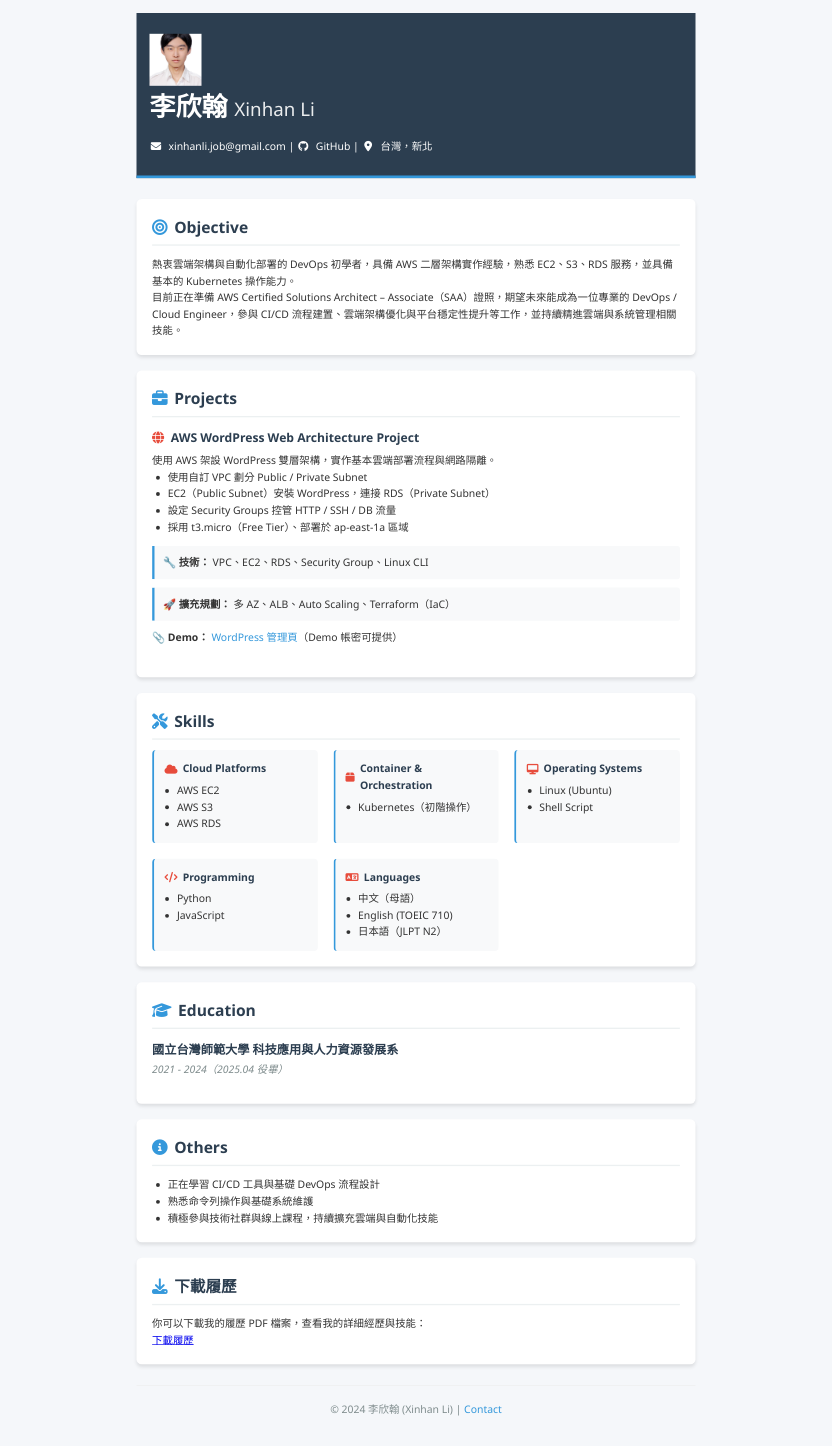
Repository: Graylee0128/aws-tf-ga-personal-website
Page: test.html
These files come from the project's save history. The page is drawn as it stood at one moment and after the next save; the edit follows.
The browser window is 1280 px wide. The pictures show the whole page, at 65% of full size.

Above is the page before, as saved 2025-04-22 11:27:03.

### test.html
<!DOCTYPE html>
<html lang="zh-TW">
<head>
    <meta charset="UTF-8">
    <meta name="viewport" content="width=device-width, initial-scale=1.0">
    <title>李欣翰 (Xinhan Li) | DevOps & Cloud Engineer</title>
    <link rel="stylesheet" href="/styles/styles.css">
    <link rel="stylesheet" href="https://cdnjs.cloudflare.com/ajax/libs/font-awesome/6.4.0/css/all.min.css">
</head>
<body>
    <div class="container">
        <header>
            <div class="header-content">
                <div class="avatar-container" style="width:80px; height:80px;">
                    <img src="/images/head.JPG" alt="大頭" style="width:100%; height:100%; object-fit:cover;">
                </div>
                <h1>李欣翰 <span class="en-name">Xinhan Li</span></h1>
                <div class="contact-info">
                    <p><i class="fas fa-envelope"></i> <a href="mailto:xinhanli.job@gmail.com">xinhanli.job@gmail.com</a> |
                    <i class="fab fa-github"></i> <a href="https://github.com/yourusername" target="_blank">GitHub</a> |
                    <i class="fas fa-map-marker-alt"></i> 台灣，新北</p>
                </div>
            </div>
        </header>

        <main>
            <section class="card">
                <h2><i class="fas fa-bullseye"></i> Objective</h2>
                <p>熱衷雲端架構與自動化部署的 DevOps 初學者，具備 AWS 二層架構實作經驗，熟悉 EC2、S3、RDS 服務，並具備基本的 Kubernetes 操作能力。</p>
                <p>目前正在準備 AWS Certified Solutions Architect – Associate（SAA）證照，期望未來能成為一位專業的 DevOps / Cloud Engineer，參與 CI/CD 流程建置、雲端架構優化與平台穩定性提升等工作，並持續精進雲端與系統管理相關技能。</p>
            </section>

            <section class="card">
                <h2><i class="fas fa-briefcase"></i> Projects</h2>

                <div class="project">
                    <h3><i class="fas fa-globe"></i> AWS WordPress Web Architecture Project</h3>
                    <p>使用 AWS 架設 WordPress 雙層架構，實作基本雲端部署流程與網路隔離。</p>
                    <ul>
                        <li>使用自訂 VPC 劃分 Public / Private Subnet</li>
                        <li>EC2（Public Subnet）安裝 WordPress，連接 RDS（Private Subnet）</li>
                        <li>設定 Security Groups 控管 HTTP / SSH / DB 流量</li>
                        <li>採用 t3.micro（Free Tier）、部署於 ap-east-1a 區域</li>
                    </ul>
                    <div class="tech-box">
                        <strong>🔧 技術：</strong> VPC、EC2、RDS、Security Group、Linux CLI
                    </div>
                    <div class="tech-box">
                        <strong>🚀 擴充規劃：</strong> 多 AZ、ALB、Auto Scaling、Terraform（IaC）
                    </div>
                    <div class="demo-link">
                        <strong>📎 Demo：</strong> <a href="http://18.162.194.92/wp-admin/" target="_blank">WordPress 管理頁</a>（Demo 帳密可提供）
                    </div>
                </div>
            </section>

            <section class="card">
                <h2><i class="fas fa-tools"></i> Skills</h2>
                <div class="skills-container">
                    <div class="skill-category">
                        <h4><i class="fas fa-cloud"></i> Cloud Platforms</h4>
                        <ul>
                            <li>AWS EC2</li>
                            <li>AWS S3</li>
                            <li>AWS RDS</li>
                        </ul>
                    </div>
                    <div class="skill-category">
                        <h4><i class="fas fa-box"></i> Container & Orchestration</h4>
                        <ul>
                            <li>Kubernetes（初階操作）</li>
                        </ul>
                    </div>
                    <div class="skill-category">
                        <h4><i class="fas fa-desktop"></i> Operating Systems</h4>
                        <ul>
                            <li>Linux (Ubuntu)</li>
                            <li>Shell Script</li>
                        </ul>
                    </div>
                    <div class="skill-category">
                        <h4><i class="fas fa-code"></i> Programming</h4>
                        <ul>
                            <li>Python</li>
                            <li>JavaScript</li>
                        </ul>
                    </div>
                    <div class="skill-category">
                        <h4><i class="fas fa-language"></i> Languages</h4>
                        <ul>
                            <li>中文（母語）</li>
                            <li>English (TOEIC 710)</li>
                            <li>日本語（JLPT N2）</li>
                        </ul>
                    </div>
                </div>
            </section>

            <section class="card">
                <h2><i class="fas fa-graduation-cap"></i> Education</h2>
                <div class="education-item">
                    <h3>國立台灣師範大學 科技應用與人力資源發展系</h3>
                    <p class="date">2021 - 2024（2025.04 役畢）</p>
                </div>
            </section>

            <section class="card">
                <h2><i class="fas fa-info-circle"></i> Others</h2>
                <ul class="others-list">
                    <li>正在學習 CI/CD 工具與基礎 DevOps 流程設計</li>
                    <li>熟悉命令列操作與基礎系統維護</li>
                    <li>積極參與技術社群與線上課程，持續擴充雲端與自動化技能</li>
                </ul>
            </section>

            <!-- 下載履歷區塊 -->
            <section class="card">
                <h2><i class="fas fa-download"></i> 下載履歷</h2>
                <p>你可以下載我的履歷 PDF 檔案，查看我的詳細經歷與技能：</p>
                <a href="/files/resume.pdf" download class="download-btn">下載履歷</a>
            </section>

        </main>

        <footer>
            <p>© 2024 李欣翰 (Xinhan Li) | <a href="mailto:xinhanli.job@gmail.com">Contact</a></p>
        </footer>
    </div>
</body>
</html>

### styles/styles.css
/* Base Styles */
:root {
    --primary-color: #3498db;
    --secondary-color: #2c3e50;
    --accent-color: #e74c3c;
    --light-color: #ecf0f1;
    --dark-color: #2c3e50;
    --text-color: #333;
    --text-light: #7f8c8d;
    --card-shadow: 0 4px 6px rgba(0, 0, 0, 0.1);
    --transition: all 0.3s ease;
}

* {
    margin: 0;
    padding: 0;
    box-sizing: border-box;
}

body {
    font-family: 'Segoe UI', Tahoma, Geneva, Verdana, sans-serif;
    line-height: 1.6;
    color: var(--text-color);
    background-color: #f5f7fa;
    padding: 0;
    margin: 0;
}

.container {
    max-width: 900px;
    margin: 0 auto;
    padding: 20px;
}

/* Header Styles */
header {
    background-color: var(--secondary-color);
    color: white;
    padding: 2rem 0;
    margin-bottom: 2rem;
    border-bottom: 4px solid var(--primary-color);
}

.header-content {
    max-width: 900px;
    margin: 0 auto;
    padding: 0 20px;
}

h1 {
    font-size: 2.5rem;
    margin-bottom: 0.5rem;
}

.en-name {
    font-weight: normal;
    font-size: 1.8rem;
    opacity: 0.9;
}

.contact-info {
    margin-top: 1rem;
}

.contact-info a {
    color: white;
    text-decoration: none;
    transition: var(--transition);
}

.contact-info a:hover {
    color: var(--primary-color);
}

.contact-info i {
    margin-right: 5px;
    width: 20px;
    text-align: center;
}

/* Card Styles */
.card {
    background: white;
    border-radius: 8px;
    padding: 1.5rem;
    margin-bottom: 1.5rem;
    box-shadow: var(--card-shadow);
    transition: var(--transition);
}

.card:hover {
    transform: translateY(-5px);
    box-shadow: 0 10px 20px rgba(0, 0, 0, 0.1);
}

.card h2 {
    color: var(--secondary-color);
    margin-bottom: 1rem;
    padding-bottom: 0.5rem;
    border-bottom: 2px solid var(--light-color);
    display: flex;
    align-items: center;
}

.card h2 i {
    margin-right: 10px;
    color: var(--primary-color);
}

/* Project Styles */
.project {
    margin-bottom: 1.5rem;
}

.project h3 {
    color: var(--dark-color);
    margin-bottom: 0.5rem;
    display: flex;
    align-items: center;
}

.project h3 i {
    margin-right: 10px;
    color: var(--accent-color);
}

.project ul {
    margin-left: 1.5rem;
    margin-bottom: 1rem;
}

.tech-box {
    background-color: #f8f9fa;
    border-left: 4px solid var(--primary-color);
    padding: 0.8rem;
    margin: 0.8rem 0;
    border-radius: 0 4px 4px 0;
}

.demo-link {
    margin-top: 0.8rem;
}

.demo-link a {
    color: var(--primary-color);
    text-decoration: none;
    font-weight: 500;
}

.demo-link a:hover {
    text-decoration: underline;
}

/* Skills Styles */
.skills-container {
    display: grid;
    grid-template-columns: repeat(auto-fill, minmax(200px, 1fr));
    gap: 1.5rem;
    margin-top: 1rem;
}

.skill-category {
    background-color: #f8f9fa;
    padding: 1rem;
    border-radius: 6px;
    border-left: 3px solid var(--primary-color);
}

.skill-category h4 {
    color: var(--secondary-color);
    margin-bottom: 0.5rem;
    display: flex;
    align-items: center;
}

.skill-category h4 i {
    margin-right: 8px;
    color: var(--accent-color);
}

.skill-category ul {
    margin-left: 1.2rem;
}

/* Education Styles */
.education-item {
    margin-bottom: 1rem;
}

.education-item h3 {
    color: var(--dark-color);
    margin-bottom: 0.2rem;
}

.date {
    color: var(--text-light);
    font-style: italic;
}

/* Others Styles */
.others-list {
    margin-left: 1.5rem;
}

/* Footer Styles */
footer {
    text-align: center;
    padding: 1.5rem 0;
    margin-top: 2rem;
    color: var(--text-light);
    border-top: 1px solid #eee;
}

footer a {
    color: var(--primary-color);
    text-decoration: none;
}

footer a:hover {
    text-decoration: underline;
}

/* Responsive Design */
@media (max-width: 768px) {
    .skills-container {
        grid-template-columns: 1fr;
    }

    h1 {
        font-size: 2rem;
    }

    .en-name {
        font-size: 1.4rem;
    }

    .header-content, .container {
        padding: 0 15px;
    }
}

@media (max-width: 480px) {
    .contact-info p {
        font-size: 0.9rem;
    }
}

After the next save:
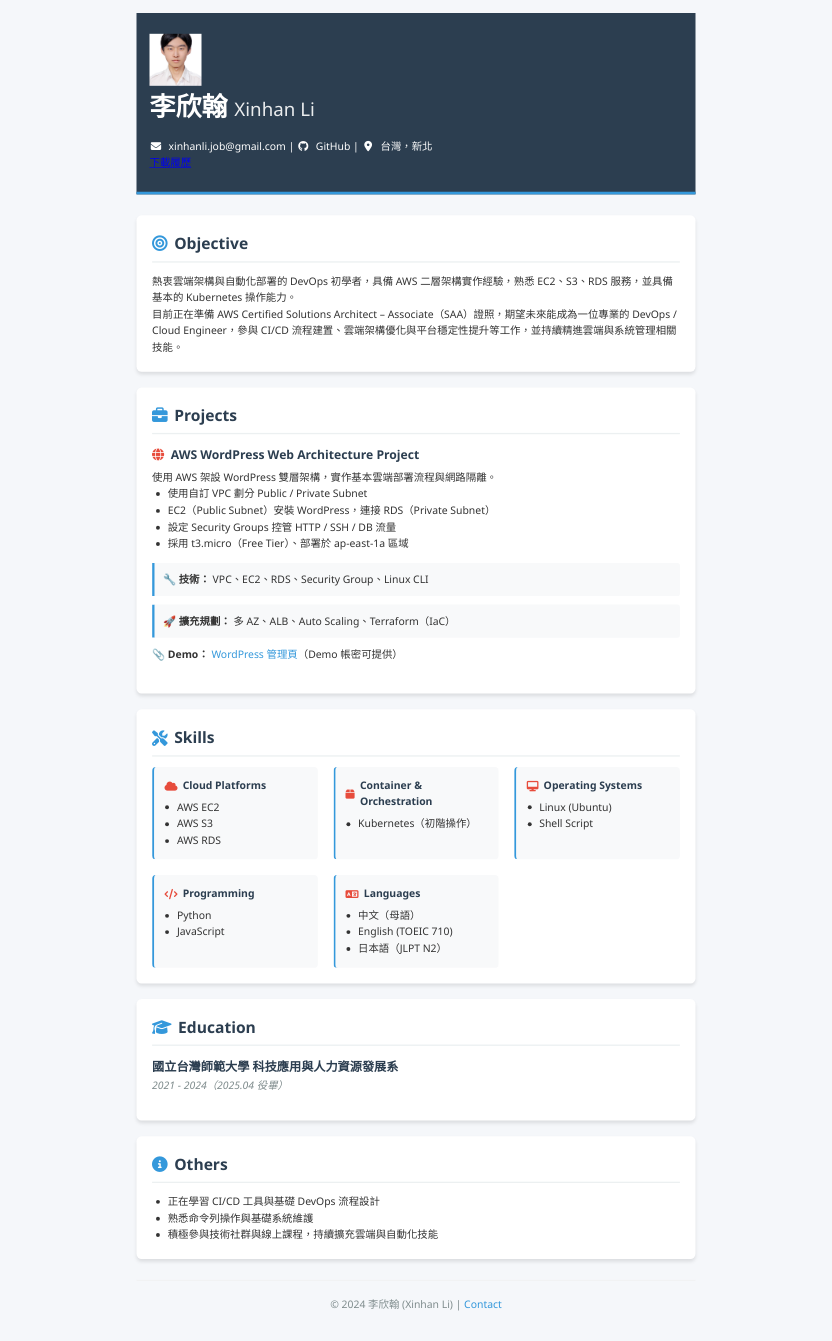
Saved 114 s later.
--- a/test.html
+++ b/test.html
@@ -19,6 +19,10 @@
                     <p><i class="fas fa-envelope"></i> <a href="mailto:xinhanli.job@gmail.com">xinhanli.job@gmail.com</a> |
                     <i class="fab fa-github"></i> <a href="https://github.com/yourusername" target="_blank">GitHub</a> |
                     <i class="fas fa-map-marker-alt"></i> 台灣，新北</p>
+                </div>
+                <!-- 下載履歷按鈕 -->
+                <div class="download-btn-container">
+                    <a href="/files/resume.pdf" download class="download-btn">下載履歷</a>
                 </div>
             </div>
         </header>
@@ -113,13 +117,6 @@
                 </ul>
             </section>
 
-            <!-- 下載履歷區塊 -->
-            <section class="card">
-                <h2><i class="fas fa-download"></i> 下載履歷</h2>
-                <p>你可以下載我的履歷 PDF 檔案，查看我的詳細經歷與技能：</p>
-                <a href="/files/resume.pdf" download class="download-btn">下載履歷</a>
-            </section>
-
         </main>
 
         <footer>
